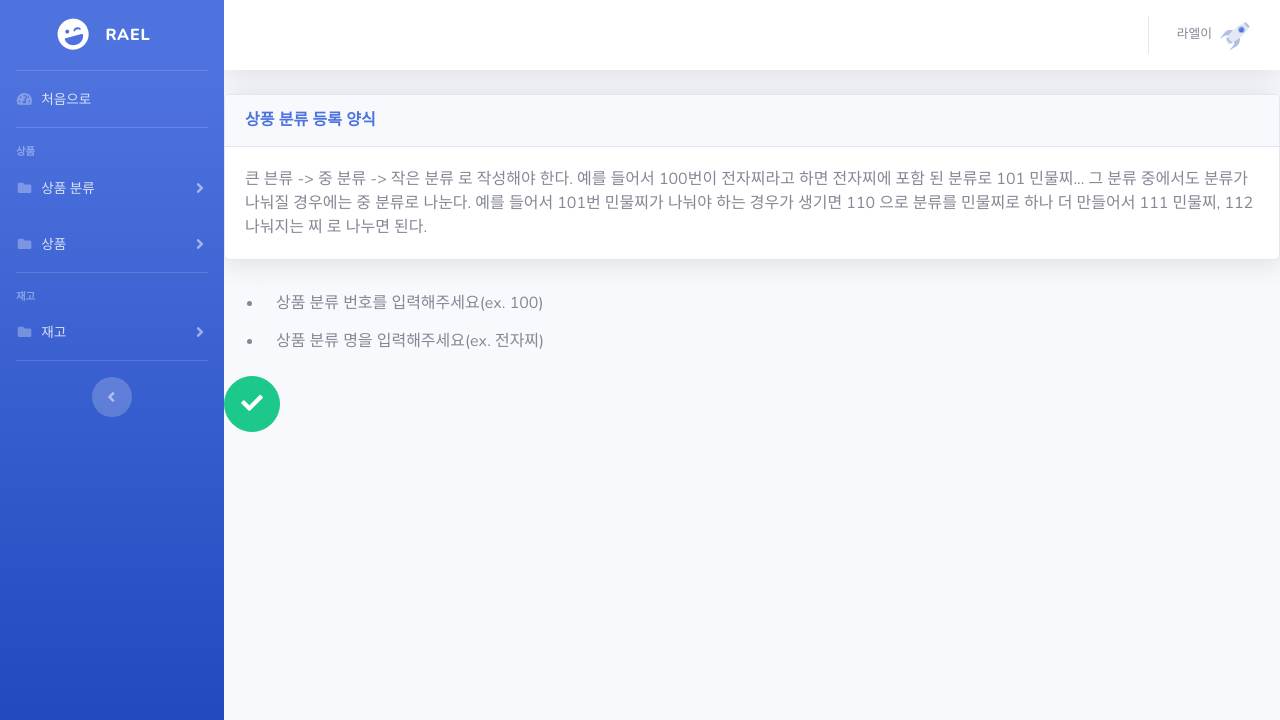
Repository: sww232/springRaelProject
Page: http://localhost/rael/WEB-INF/views/product/category_insert.jsp
The author's editor kept a copy of each file at every save. The page is drawn from the files as they stood at one save, then again after a run of saves.
The browser window is 1280 px wide. The pictures show the whole page.
The page is served by Tomcat 9. Nobody is signed in. The template is opened directly, without the code that normally fills it, so the values that code supplies are empty.

Above is the page before, as saved 2022-10-06 18:39:45.

After the next 2 saves:
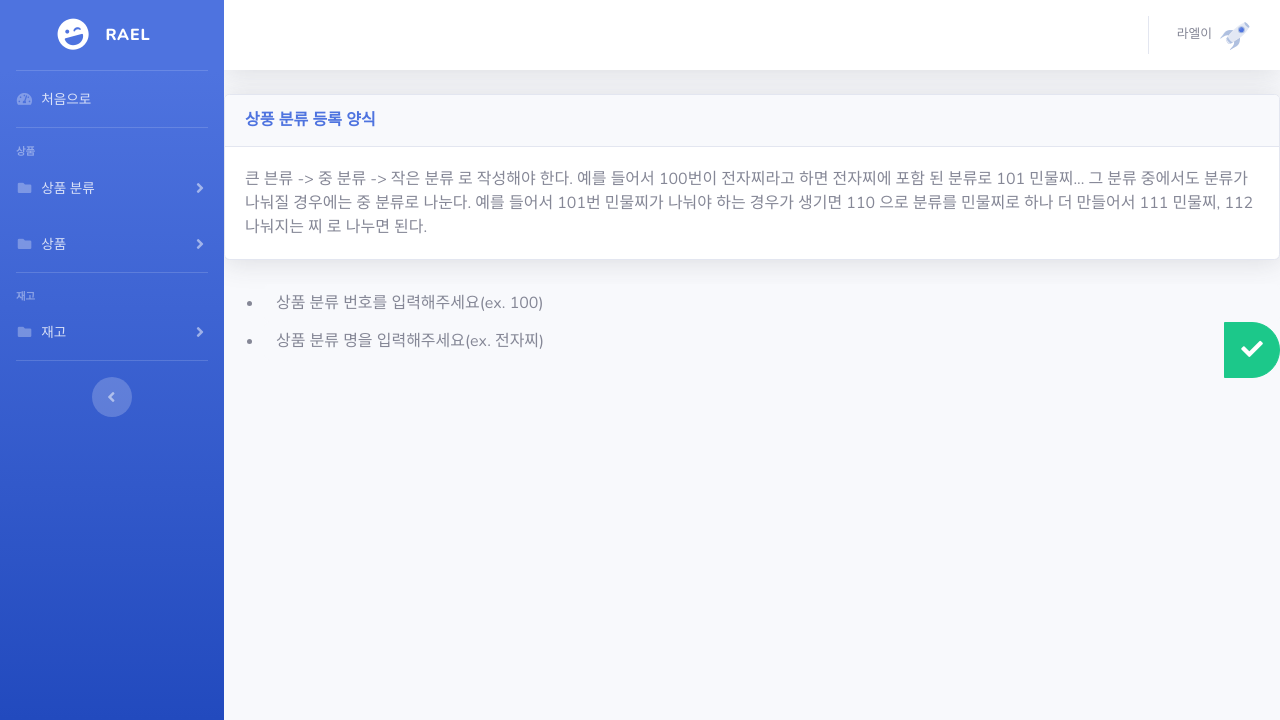
The 2 saves are shown as one change because they came seconds apart.
The last was saved 32 s later.
--- a/raelproject3/rael/src/main/webapp/WEB-INF/views/product/category_insert.jsp
+++ b/raelproject3/rael/src/main/webapp/WEB-INF/views/product/category_insert.jsp
@@ -341,13 +341,16 @@
 					<li>
 						<div class="input-group">
 							<input type="text" class="form-control bg-light border-0 small" name="productcategory name" placeholder="상품 분류 명을 입력해주세요(ex. 전자찌)">
+							<div class="input-group-append">
+                                <button type="submit" class="btn btn-success btn-circle btn-lg">
+									<i class="fas fa-check"></i>
+								</button>
+                            </div>
 						</div>
 					</li>
 				</ul>
 
-				<button type="submit" class="btn btn-success btn-circle btn-lg">
-					<i class="fas fa-check"></i>
-				</button>
+
 
 			</form>
 
